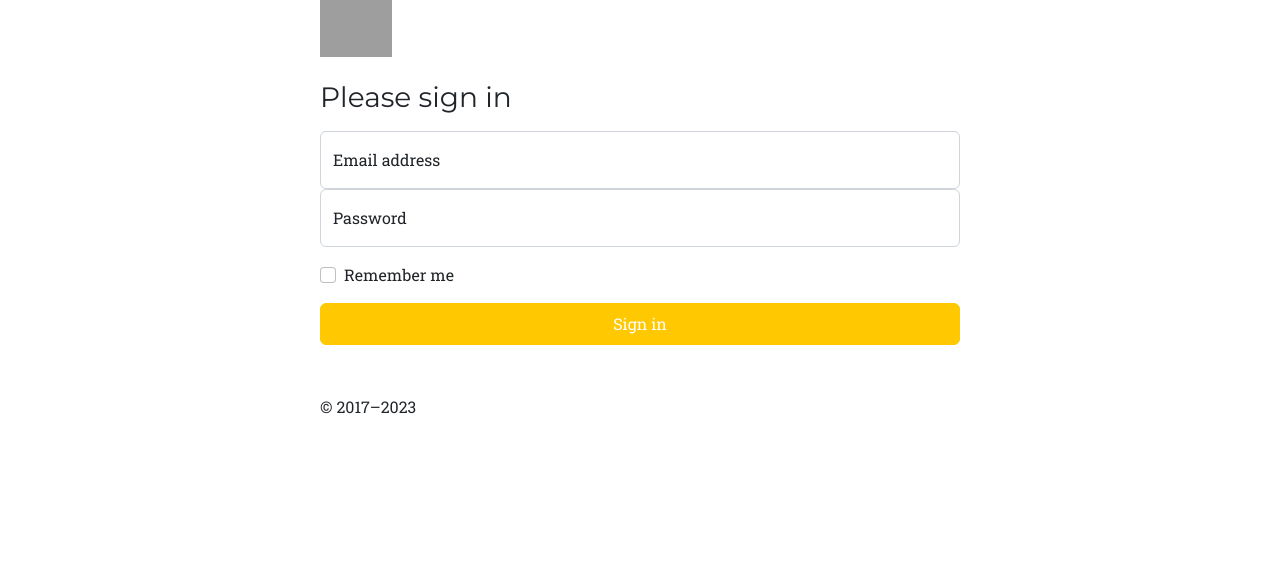
Repository: aquilesascar/TCC_1
Page: Tela Inicial/html/loginteste.html
These files come from the project's save history. The page is drawn as it stood at one moment and after the next save; the edit follows.
The browser window is 1280 px wide. The pictures show the whole page.
Pictures or frames that could not be fetched are drawn as grey boxes. Some icons come from a web library that is not loaded, so they are not drawn. Some web libraries are served in a nearby version.

Above is the page before, as saved 2023-07-10 13:45:37.

### Tela Inicial/html/loginteste.html
<!DOCTYPE html>
<html lang="en">
<head>
    <meta charset="UTF-8">
    <meta http-equiv="X-UA-Compatible" content="IE=edge">
    <meta name="viewport" content="width=device-width, initial-scale=1.0">
    <title>Document</title>
     <!-- Favicon-->
     <link rel="icon" type="image/x-icon" href="assets/favicon.ico" />
     <!-- Font Awesome icons (free version)-->
     <script src="https://use.fontawesome.com/releases/v6.3.0/js/all.js" crossorigin="anonymous"></script>
     <!-- Google fonts-->
     <link href="https://fonts.googleapis.com/css?family=Montserrat:400,700" rel="stylesheet" type="text/css" />
     <link href="https://fonts.googleapis.com/css?family=Roboto+Slab:400,100,300,700" rel="stylesheet" type="text/css" />
     <!-- Core theme CSS (includes Bootstrap)-->
     <link href="../css/styles.css" rel="stylesheet" />
     <style>
        .centralizar{
            margin: 0 auto;
            width: 50%;


        }
     </style>
</head>
<body>
    <main class="form-signin w-100 m-auto">
        <div class="centralizar">
        <form>
          <img class="mb-4" src="/docs/5.3/assets/brand/bootstrap-logo.svg" alt="" width="72" height="57">
          <h1 class="h3 mb-3 fw-normal">Please sign in</h1>

          <div class="form-floating">
            <input type="email" class="form-control" id="floatingInput" placeholder="name@example.com">
            <label for="floatingInput">Email address</label>
          </div>
          <div class="form-floating">
            <input type="password" class="form-control" id="floatingPassword" placeholder="Password">
            <label for="floatingPassword">Password</label>
          </div>

          <div class="form-check text-start my-3">
            <input class="form-check-input" type="checkbox" value="remember-me" id="flexCheckDefault">
            <label class="form-check-label" for="flexCheckDefault">
              Remember me
            </label>
          </div>
          <button class="btn btn-primary w-100 py-2" type="submit">Sign in</button>
          <p class="mt-5 mb-3 text-body-secondary">&copy; 2017–2023</p>
        </form>
    </div>
      </main>

</body>
</html>

Loaded but not shown: Tela Inicial/css/styles.css (library)

After the next save:
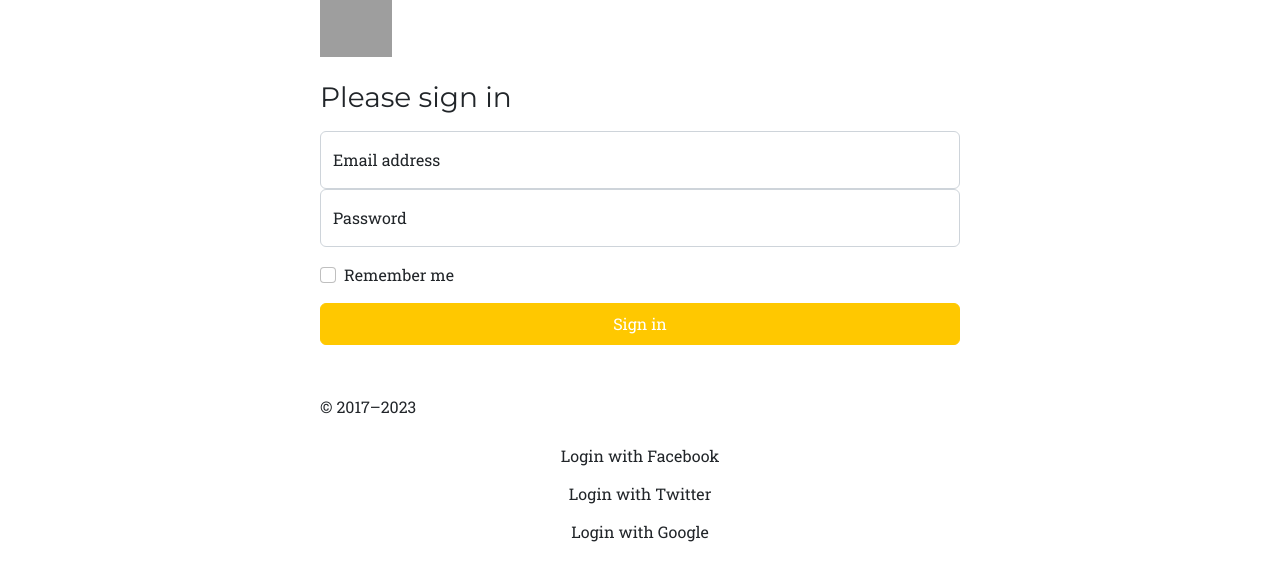
Saved 60 s later.
--- a/Tela Inicial/html/loginteste.html
+++ b/Tela Inicial/html/loginteste.html
@@ -48,6 +48,18 @@
           <button class="btn btn-primary w-100 py-2" type="submit">Sign in</button>
           <p class="mt-5 mb-3 text-body-secondary">&copy; 2017–2023</p>
         </form>
+
+        <div class="social-login">
+            <a href="#" class="facebook btn d-flex justify-content-center align-items-center">
+              <span class="icon-facebook mr-3"></span> Login with Facebook
+            </a>
+            <a href="#" class="twitter btn d-flex justify-content-center align-items-center">
+              <span class="icon-twitter mr-3"></span> Login with  Twitter
+            </a>
+            <a href="#" class="google btn d-flex justify-content-center align-items-center">
+              <span class="icon-google mr-3"></span> Login with  Google
+            </a>
+          </div>
     </div>
       </main>
 
